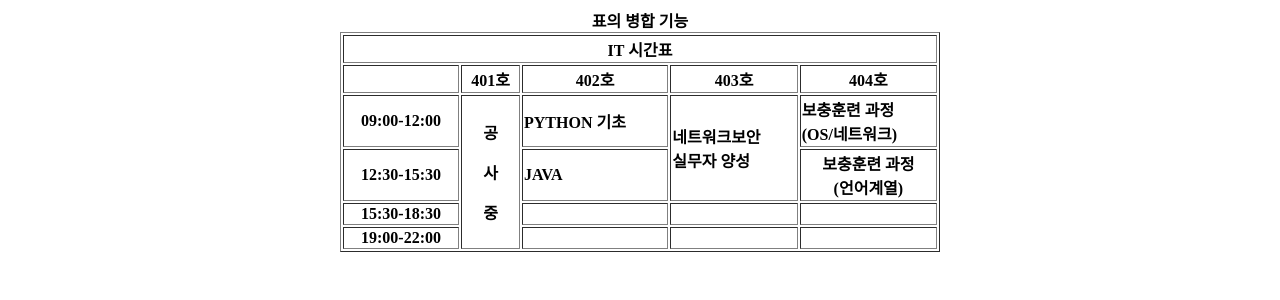
Repository: thswlsqls/JspWorkspace
Page: html/quiz_time.html
An editor plug-in stored every save of this project. The page is shown before and after the next save, followed by the edit.
The browser window is 1280 px wide. The pictures show the whole page.

Above is the page before, as saved 2021-04-09 08:40:00.

### html/quiz_time.html
<!DOCTYPE html>
<html>
<head>
<meta charset="UTF-8">
<title>Insert title here</title>
</head>
<body>
	<table border="1" align="center" width="600">
		<caption><b>표의 병합 기능</b></caption>
		<tr>
			<th colspan="5"><b>IT 시간표</b></th>
		</tr>
		<tr>
			<th></th><th>401호</th><th>402호</th><th>403호</th><th>404호</th>
		</tr>
		<tr>
			<th align="center">09:00-12:00</th><th rowspan="4"><p>공</p><p>사</p><p>중</p></th><th align="left">PYTHON 기초</th><th rowspan="2" align="left">네트워크보안<br>실무자 양성</th><th align="left">보충훈련 과정<br>(OS/네트워크)</th>
		</tr>
		<tr>
			<th align="center">12:30-15:30</th><th align="left">JAVA</th><th>보충훈련 과정<br>(언어계열)</th>
		</tr>
		<tr>
			<th align="center">15:30-18:30</th><th></th><th></th><th></th>
		</tr>
		<tr>
			<th align="center">19:00-22:00</th><th></th><th></th><th></th>
		</tr>
	</table>
</body>
</html>

After the next save:
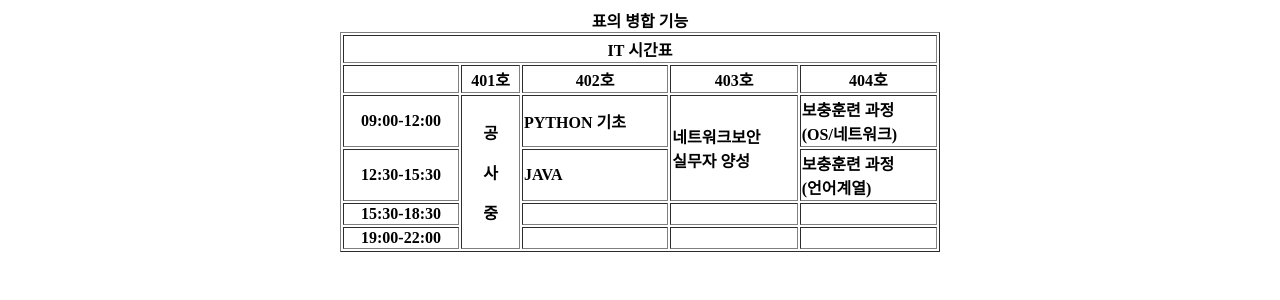
Saved 11 s later.
--- a/html/quiz_time.html
+++ b/html/quiz_time.html
@@ -17,7 +17,7 @@
 			<th align="center">09:00-12:00</th><th rowspan="4"><p>공</p><p>사</p><p>중</p></th><th align="left">PYTHON 기초</th><th rowspan="2" align="left">네트워크보안<br>실무자 양성</th><th align="left">보충훈련 과정<br>(OS/네트워크)</th>
 		</tr>
 		<tr>
-			<th align="center">12:30-15:30</th><th align="left">JAVA</th><th>보충훈련 과정<br>(언어계열)</th>
+			<th align="center">12:30-15:30</th><th align="left">JAVA</th><th align="left">보충훈련 과정<br>(언어계열)</th>
 		</tr>
 		<tr>
 			<th align="center">15:30-18:30</th><th></th><th></th><th></th>
